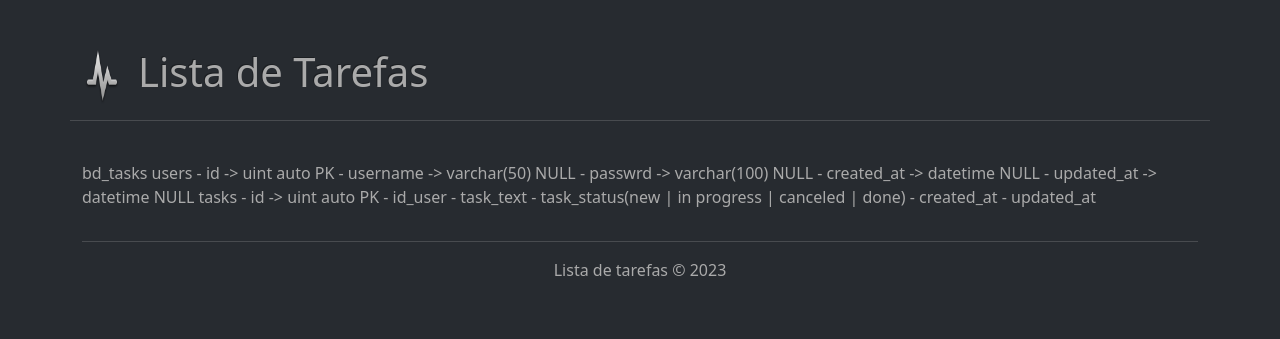
Repository: cargugati/lista_tarefas
Page: frontEnd/new_task.html
An editor plug-in stored every save of this project. The page is shown before and after the next save, followed by the edit.
The browser window is 1280 px wide. The pictures show the whole page.

Above is the page before, as saved 2023-03-30 10:26:34.

### frontEnd/new_task.html
<!DOCTYPE html>
<html lang="pt-br">

<head>
  <meta charset="UTF-8">
  <meta http-equiv="X-UA-Compatible" content="IE=edge">
  <meta name="viewport" content="width=device-width, initial-scale=1.0">
  <title>Lista de Tarefas</title>
  <link rel="stylesheet" href="./assets/css/bootstrap.min.css">
  <link rel="stylesheet" href="./assets/fontawesome/css/all.min.css">
  <link rel="shortcut icon" href="./assets/images/favicon.png" type="image/png">
</head>

<body>
  <div class="container my-5">

    <!-- cabeçalho -->
    <div class="row mb-4">
      <div class="col">
        <div class="d-flex justify-content-start">
          <img src="./assets/images/favicon.png" alt="Logo" class="img-fluid me-3" width="40px">
          <h1>Lista de Tarefas</h1>
        </div>

      </div>

      <hr class="my-3">
    </div>

    <!-- espaço para criar nova tarefa -->

    bd_tasks

    users
    - id -> uint auto PK
    - username -> varchar(50) NULL
    - passwrd -> varchar(100) NULL
    - created_at -> datetime NULL
    - updated_at -> datetime NULL

    tasks
    - id -> uint auto PK
    - id_user
    - task_text
    - task_status(new | in progress | canceled | done)
    - created_at
    - updated_at






    <!-- footer -->
    <div class="row mt-3">
      <div class="col text-center">
        <hr>
        <p>Lista de tarefas &copy; 2023</p>
      </div>
    </div>


  </div>

  <script src="./assets/js/bootstrap.bundle.min.js"></script>
</body>

</html>

Loaded but not shown: frontEnd/assets/css/bootstrap.min.css (library); frontEnd/assets/fontawesome/css/all.min.css (library); frontEnd/assets/js/bootstrap.bundle.min.js (library)

After the next save:
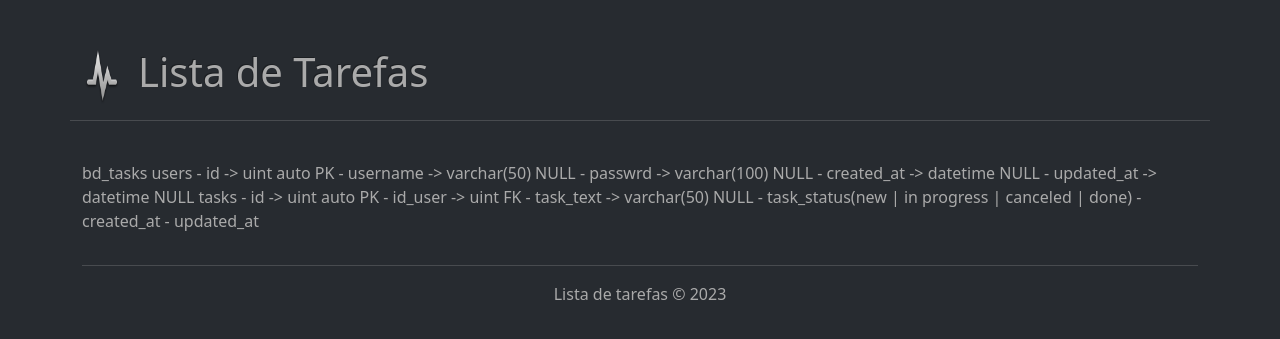
Saved 50 s later.
--- a/frontEnd/new_task.html
+++ b/frontEnd/new_task.html
@@ -40,8 +40,8 @@
 
     tasks
     - id -> uint auto PK
-    - id_user
-    - task_text
+    - id_user -> uint FK
+    - task_text -> varchar(50) NULL
     - task_status(new | in progress | canceled | done)
     - created_at
     - updated_at
